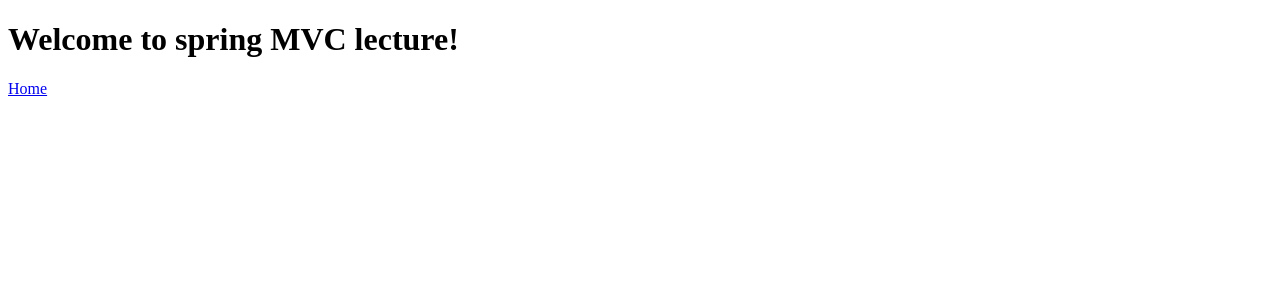
Repository: aaikinsm/FDM-Programs
Page: http://localhost/SpringMVCExample/
These files come from the project's save history. The page is drawn as it stood at one moment and after the next save; the edit follows.
The browser window is 1280 px wide. The pictures show the whole page.
The page is served by Tomcat 9. Other server files are loaded and not shown.

Above is the page before, as saved 2017-06-01 15:14:32.

### SpringMVCExample/WebContent/index.jsp
<%@ page language="java" contentType="text/html; charset=ISO-8859-1"
	pageEncoding="ISO-8859-1"%>
<!DOCTYPE html PUBLIC "-//W3C//DTD HTML 4.01 Transitional//EN" "http://www.w3.org/TR/html4/loose.dtd">
<html>
<head>
<meta http-equiv="Content-Type" content="text/html; charset=ISO-8859-1">
<title>Index</title>
</head>
<body>
	<h1>Welcome to spring MVC lecture!</h1>
	<a href="home">Home</a>
</body>
</html>

After the next save:
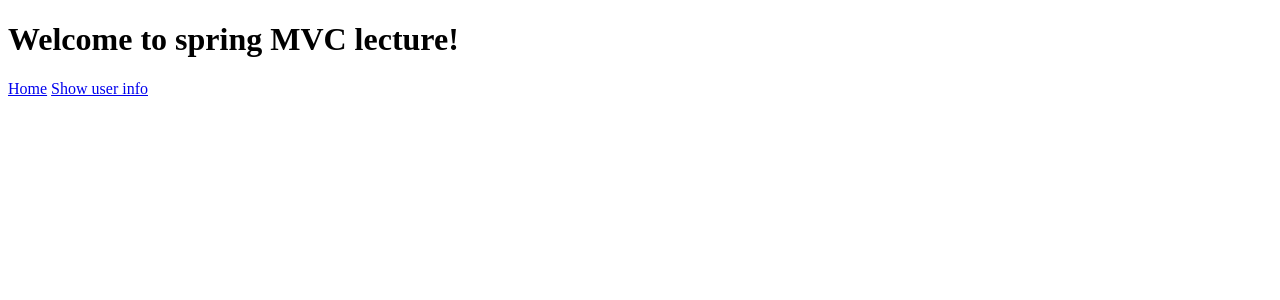
Saved 88 s later.
--- a/SpringMVCExample/WebContent/index.jsp
+++ b/SpringMVCExample/WebContent/index.jsp
@@ -9,5 +9,6 @@
 <body>
 	<h1>Welcome to spring MVC lecture!</h1>
 	<a href="home">Home</a>
+	<a href="find/1">Show user info</a>
 </body>
 </html>
